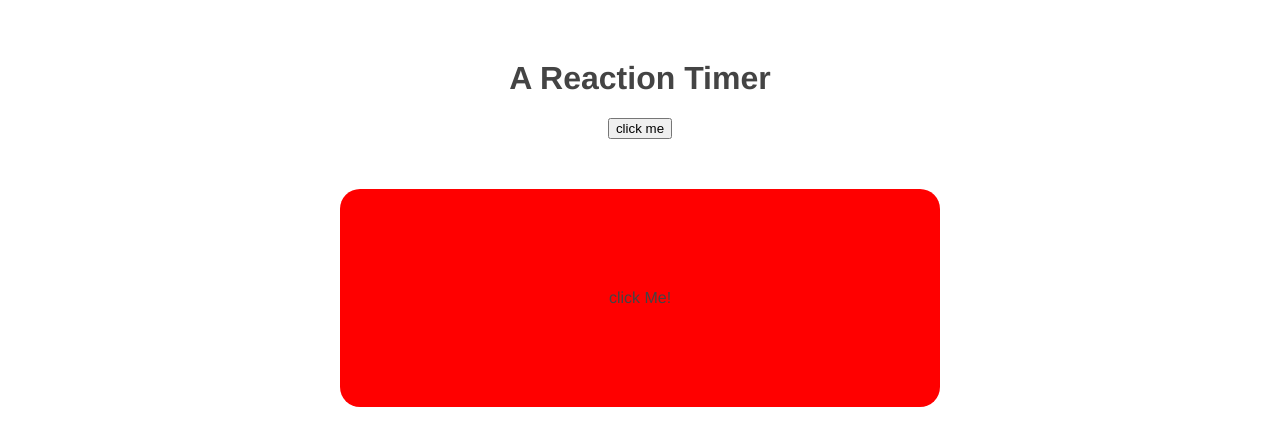
Repository: qudos4real/reaction-timer
Page: /, after clicking the first element matching `button`
These files come from the project's save history. The page is drawn as it stood at one moment and after the next save; the edit follows.
The browser window is 1280 px wide. The pictures show the whole page.
The project was rebuilt for these pictures with package versions that can differ from the ones it lists, and the page was loaded fresh each time. Also part of the build but not shown: vue.config.js.

Above is the page before, as saved 2022-12-27 22:35:06.

### src/App.vue
<template>
 <h1>A Reaction Timer</h1>
 <button @click="start">click me</button>
 <Block />
</template>

<script>
import Block from './components/Block.vue';

export default {
  name: 'App',
  components: {
    Block
  },
  data() {
    return {
      isPlaying: false,
      delay: null,
    }
  },
  methods: {
    start() {
      this.isPlaying = true;
      this.delay = 2000 + Math.random() * 5000;
      console.log(this.delay);
    }
  }
}
</script>

<style>
#app {
  font-family: Avenir, Helvetica, Arial, sans-serif;
  -webkit-font-smoothing: antialiased;
  -moz-osx-font-smoothing: grayscale;
  text-align: center;
  color: #444;
  margin-top: 60px;
}
</style>

### src/components/Block.vue
<template>
    <div class="block">
        click Me!
        </div>
</template>

<script>
export default {

}
</script>

<style>
.block {
    width: 400px;
    border-radius: 20px;
    text-align: center;
    margin: 50px auto;
    /* line-height: 400px; */
    background-color: red;
    padding: 100px;
}
</style>

Loaded but not shown: public/index.html (common file); src/main.js (common file)

After the next save:
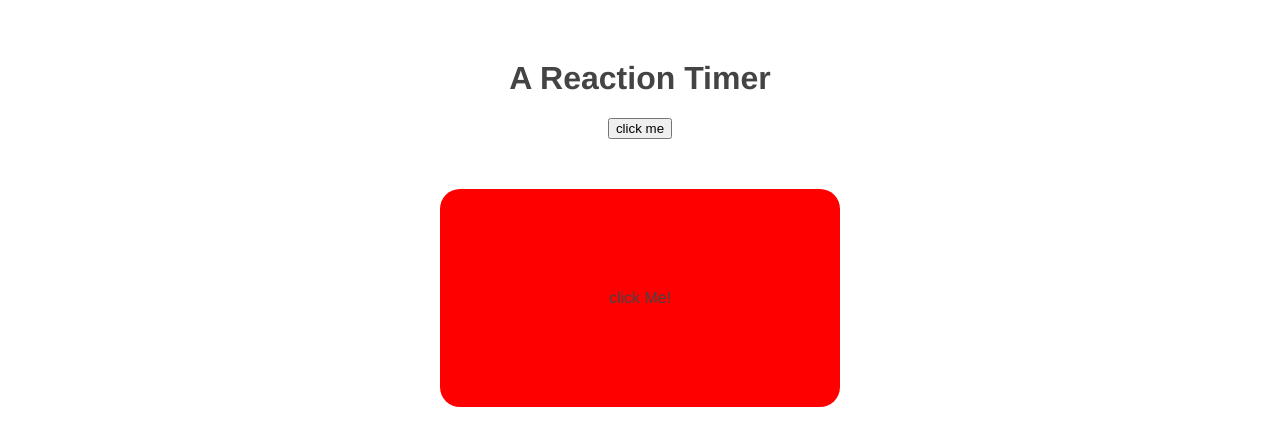
Saved 4 s later.
--- a/src/components/Block.vue
+++ b/src/components/Block.vue
@@ -18,6 +18,6 @@ export default {
     margin: 50px auto;
     /* line-height: 400px; */
     background-color: red;
-    padding: 100px;
+    padding: 100px 0;
 }
 </style>
